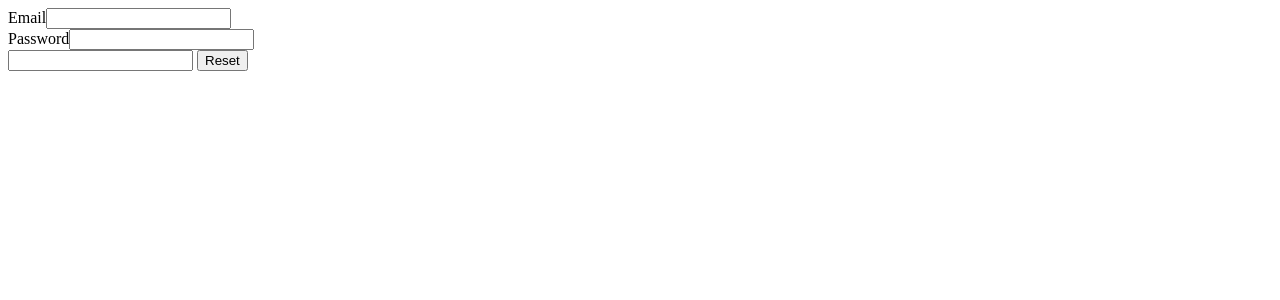
Repository: laxmichauhan/Student-Data-Insertion
Page: Application1/WebContent/login.html
The author's editor kept a copy of each file at every save. The page is drawn from the files as they stood at one save, then again after the next save.
The browser window is 1280 px wide. The pictures show the whole page.

Above is the page before, as saved 2019-02-19 06:07:18.

After the next save:
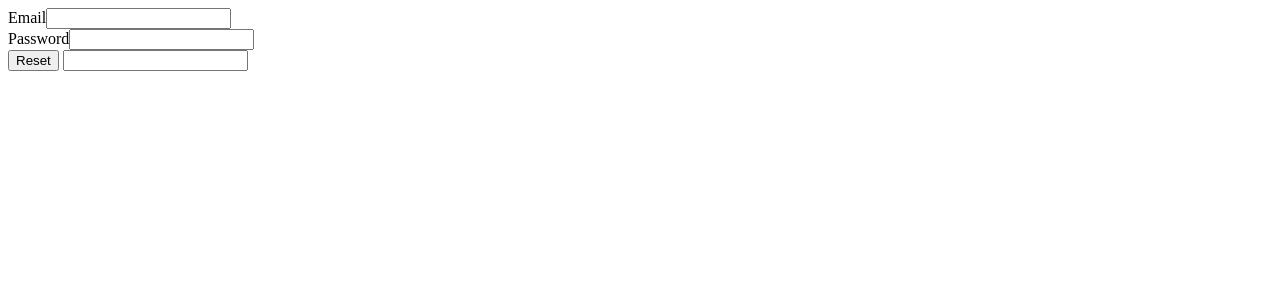
Saved 24 s later.
--- a/Application1/WebContent/login.html
+++ b/Application1/WebContent/login.html
@@ -8,8 +8,8 @@
 <form action="Verify" method="post">
 Email<input type="text" name="email"/><br>
 Password<input type="password" name="password"/><br>
+<input type="Reset" name="reset"/>
 <input type="Login" name="login"/>
-<input type="Reset" name="reset"/>
 
 </form>
 </body>
